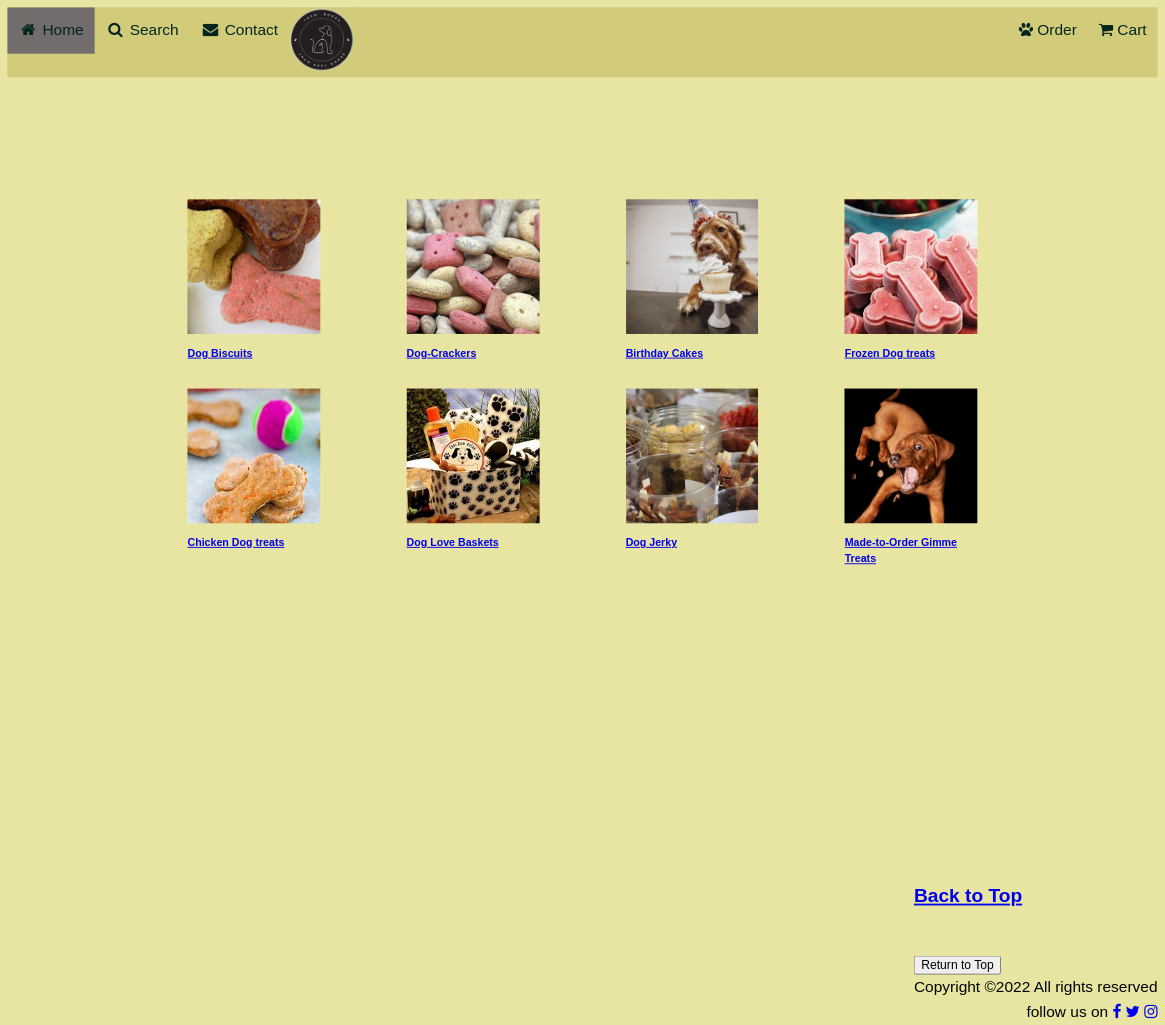
Repository: vgoins-RA2022/HTML-1
Page: index.html
An editor plug-in stored every save of this project. The page is shown before and after the next save, followed by the edit.
The browser window is 1280 px wide. The pictures show the whole page, at 91% of full size.

Above is the page before, as saved 2023-01-21 20:07:53.

After the next save:
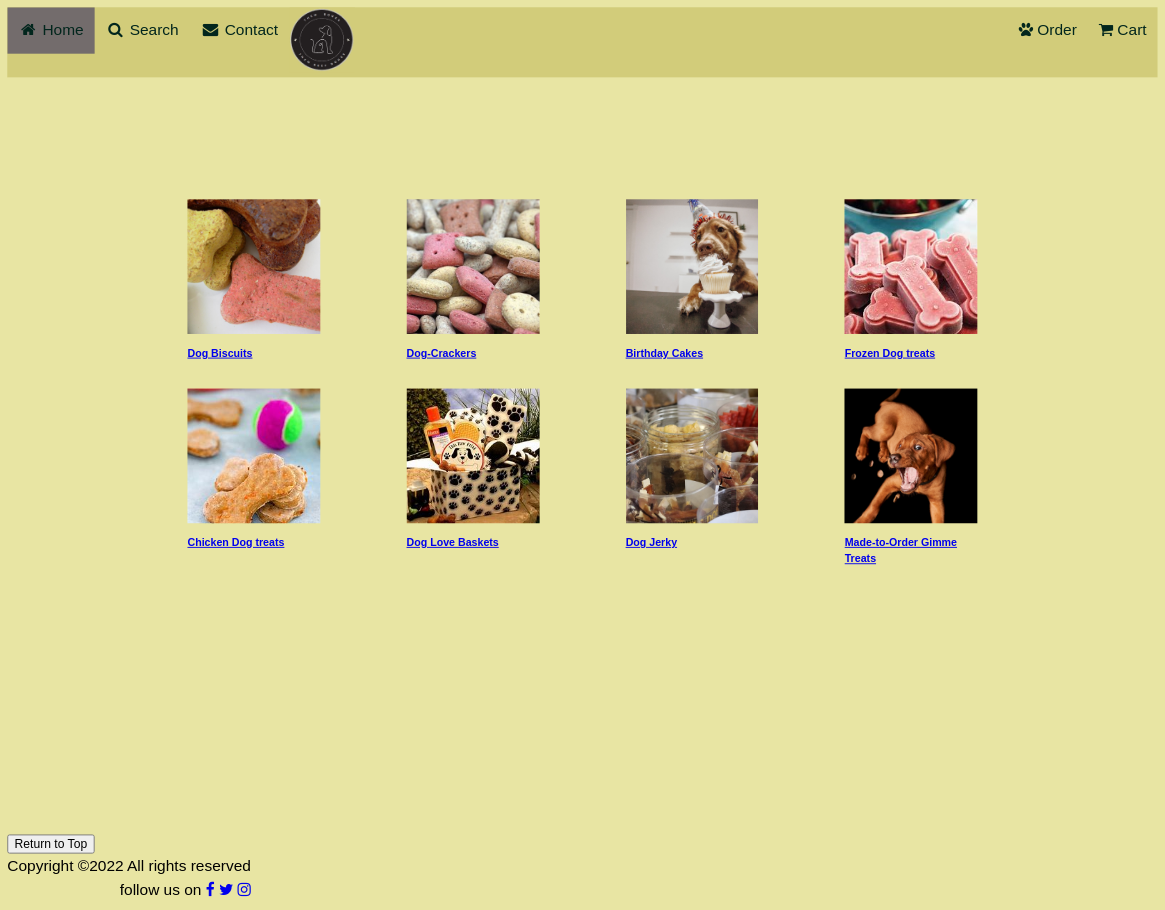
Saved 44 s later.
--- a/index.html
+++ b/index.html
@@ -80,9 +80,6 @@
       </div>
   </div>
 
-  <a href="#" class="button">
-    <div class="right"><span class="label"><h3>Back to Top</h3></span>
-  </a>
 </body>
 
 <footer>
